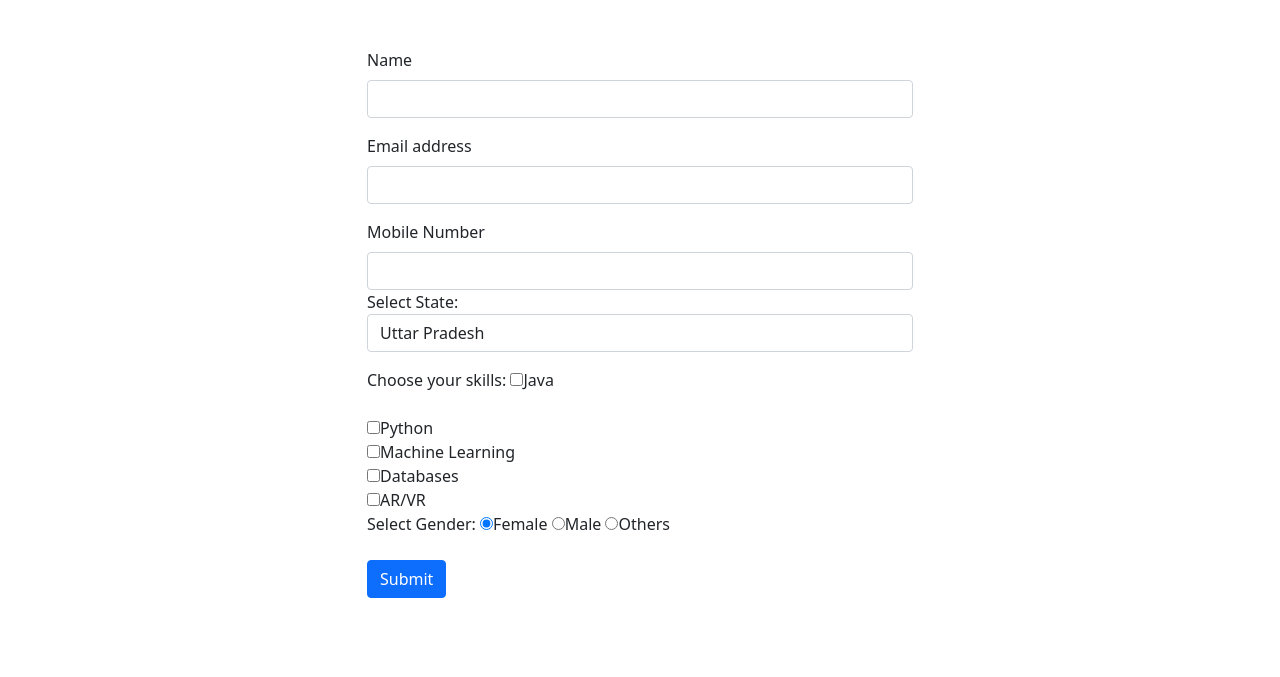
Repository: SimSri-ExtraMarks/FormHandling
Page: formHandling/form.html
An editor plug-in stored every save of this project. The page is shown before and after the next save, followed by the edit.
The browser window is 1280 px wide. The pictures show the whole page.

Above is the page before, as saved 2021-06-26 12:51:49.

### formHandling/form.html
<!doctype html>
<html lang="en">
<head>
<meta charset="UTF-8" />
<title>Registration Form</title>
<link
	href="https://cdn.jsdelivr.net/npm/bootstrap@5.0.2/dist/css/bootstrap.min.css"
	rel="stylesheet"
	integrity="sha384-EVSTQN3/azprG1Anm3QDgpJLIm9Nao0Yz1ztcQTwFspd3yD65VohhpuuCOmLASjC"
	crossorigin="anonymous">
</head>
<body>
	<div class="container">
		<div class="row mt-5">
			<div class="col-md-6 offset-md-3">
				<form>
<div class="form-outline mb-3">
<label for="name" class="form-label">Name</label>
  <input type="text" id="name" class="form-control" />

</div>
					<div class="mb-3">
						<label for="exampleInputEmail1" class="form-label">Email
							address</label> <input type="email" class="form-control"
							id="exampleInputEmail1" aria-describedby="emailHelp">
					</div>
					<div class="mb-3">
						<label for="exampleInputMobileNumber" class="form-label">Mobile
							Number</label> <input type="mobilenumber" class="form-control"
							id="exampleInputMobileNumber">

						<div class="form-group mb-3">
							<label for="exampleInputState">Select State:</label> <select
								class="form-control" id="exampleInputState">
								<option>Uttar Pradesh</option>
								<option>Maharashtra</option>
								<option>Rajasthan</option>
								<option>Kerala</option>
							</select>
						</div>

						<div class="checkbox mb-4">
						<label for="exampleInputSkills">Choose your skills:</label>
  <label><input type="checkbox" value="exampleInputSkills">Java</label>
</div>
<div class="checkbox">
  <label><input type="checkbox" value="exampleInputSkills">Python</label>
</div>
<div class="checkbox disabled">
  <label><input type="checkbox" value="exampleInputSkills">Machine Learning</label>

  <div class="checkbox">
  <label><input type="checkbox" value="exampleInputSkills">Databases</label>
</div>
<div class="checkbox">
  <label><input type="checkbox" value="exampleInputSkills">AR/VR</label>
</div>

					<div class="mb-4">
						<label for="exampleInputGender">Select Gender:</label> <label
							class="radio-inline"><input type="radio"
							name="exampleInputGender" checked>Female</label> <label
							class="radio-inline"><input type="radio"
							name="exampleInputGender">Male</label> <label
							class="radio-inline"><input type="radio"
							name="exampleInputGender">Others</label>
							</div>


						<button type="submit" class="btn btn-primary">Submit</button>
				</form>



			</div>
		</div>
	</div>
</body>
</html>

After the next save:
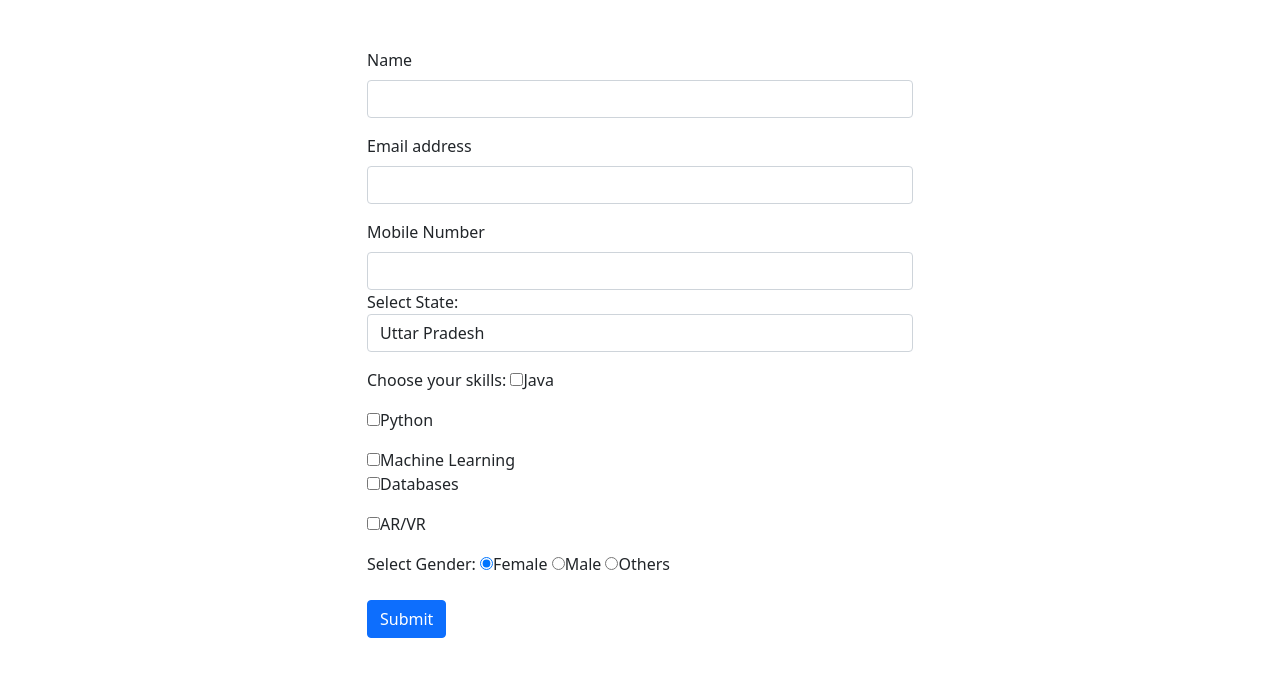
Saved 43 s later.
--- a/formHandling/form.html
+++ b/formHandling/form.html
@@ -39,20 +39,20 @@
 							</select>
 						</div>
 
-						<div class="checkbox mb-4">
+						<div class="checkbox mb-3">
 						<label for="exampleInputSkills">Choose your skills:</label>
   <label><input type="checkbox" value="exampleInputSkills">Java</label>
 </div>
-<div class="checkbox">
+<div class="checkbox mb-3">
   <label><input type="checkbox" value="exampleInputSkills">Python</label>
 </div>
-<div class="checkbox disabled">
+<div class="checkbox mb-3">
   <label><input type="checkbox" value="exampleInputSkills">Machine Learning</label>
 
-  <div class="checkbox">
+  <div class="checkbox mb-3">
   <label><input type="checkbox" value="exampleInputSkills">Databases</label>
 </div>
-<div class="checkbox">
+<div class="checkbox mb-3">
   <label><input type="checkbox" value="exampleInputSkills">AR/VR</label>
 </div>
 
